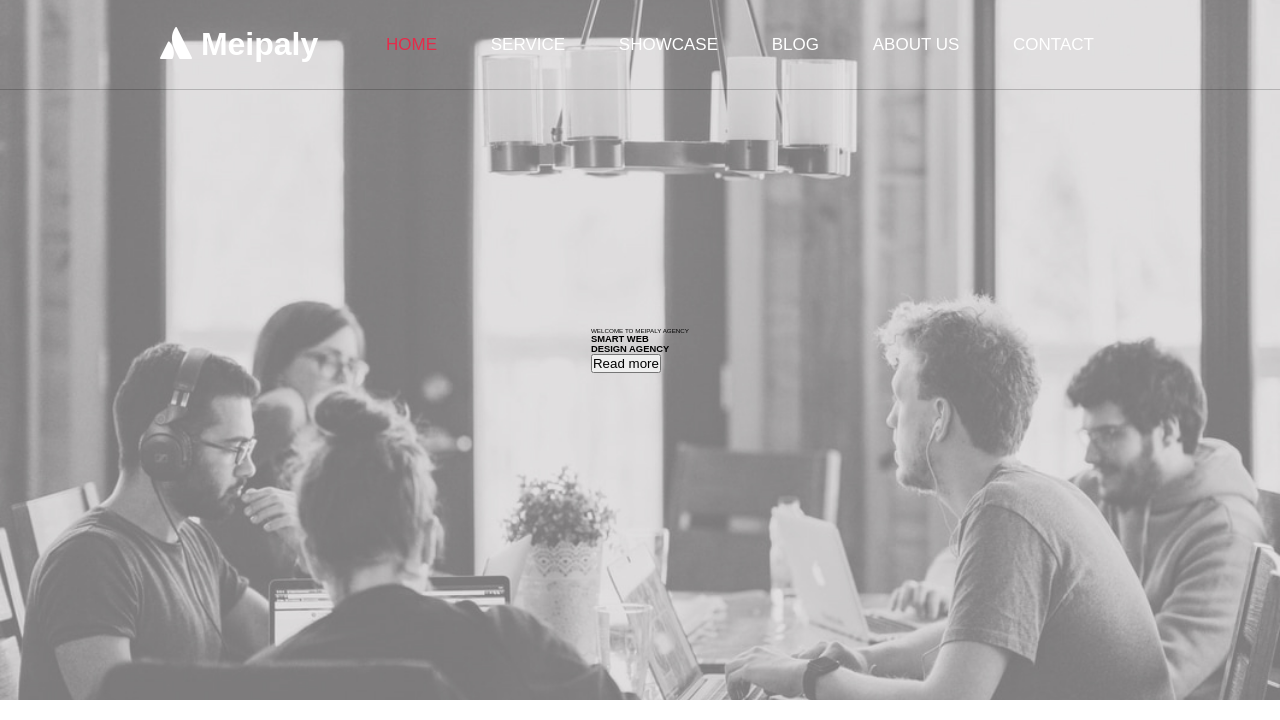
Repository: tudo1611/BC44_HTML5-CSS3_B6_MAIPALY_DO-TRUNG-TU
Page: index.html
An editor plug-in stored every save of this project. The page is shown before and after a run of saves, followed by the edit.
The browser window is 1280 px wide. The pictures show the whole page.

Above is the page before, as saved 2023-01-15 14:56:33.

After the next 11 saves:
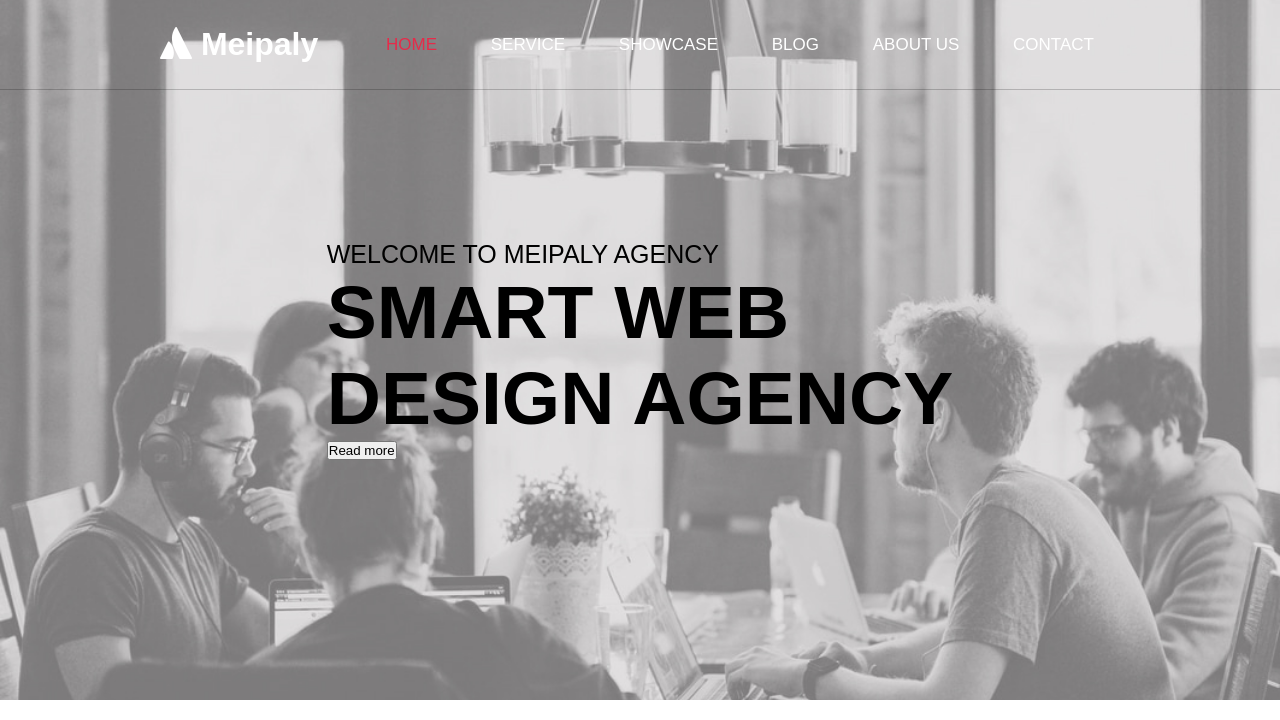
The 11 saves are shown as one change because they came seconds apart.
The last was saved 46 s later.
--- a/css/style.css
+++ b/css/style.css
@@ -57,5 +57,8 @@
     align-items: center;
 }
 .carosel__content p{
-
+    font-size: 2.5rem;
 }
+.carosel__content h1{
+    font-size: 7.5rem;
+}
